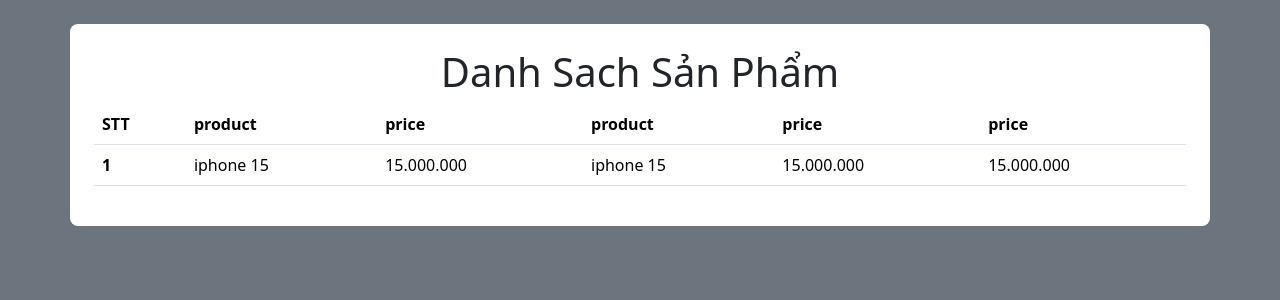
Repository: HT-35/iuh
Page: thi GK/listProduct.html
An editor plug-in stored every save of this project. The page is shown before and after the next save, followed by the edit.
The browser window is 1280 px wide. The pictures show the whole page.
The page's requests for data from a server got no answer.

Above is the page before, as saved 2024-03-27 18:25:22.

After the next save:
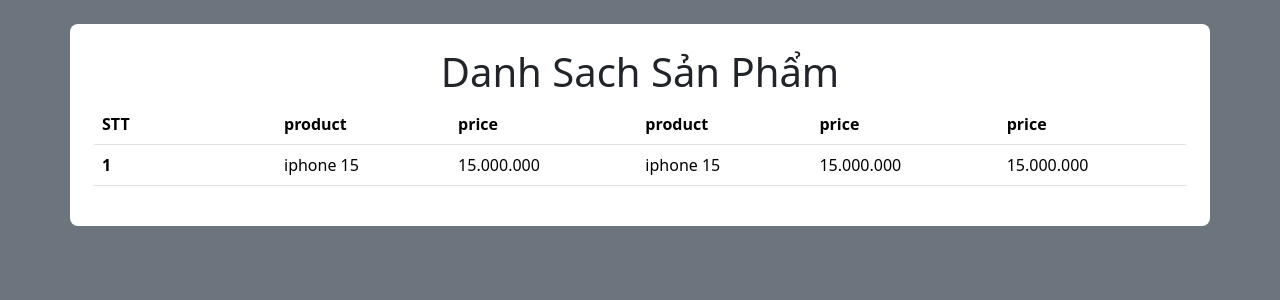
Saved 4 s later.
--- a/thi GK/listProduct.html
+++ b/thi GK/listProduct.html
@@ -27,7 +27,7 @@
           <table class="table">
             <thead>
               <tr>
-                <th scope="col-2  col-sm-2 col-md-2 col-lg-2">STT</th>
+                <th class="col-2  col-sm-2 col-md-2 col-lg-2">STT</th>
                 <th scope="col-2  col-sm-2 col-md-2 col-lg-2">product</th>
                 <th scope="col-2  col-sm-2 col-md-2 col-lg-2">price</th>
                 <th scope="col-2  col-sm-2 col-md-2 col-lg-2">product</th>
@@ -39,7 +39,7 @@
             <tbody id="insertData">
               <tr>
                 <th scope="row">1</th>
-                <td >iphone 15</td>
+                <td>iphone 15</td>
                 <td>15.000.000</td>
                 <td>iphone 15</td>
                 <td>15.000.000</td>
